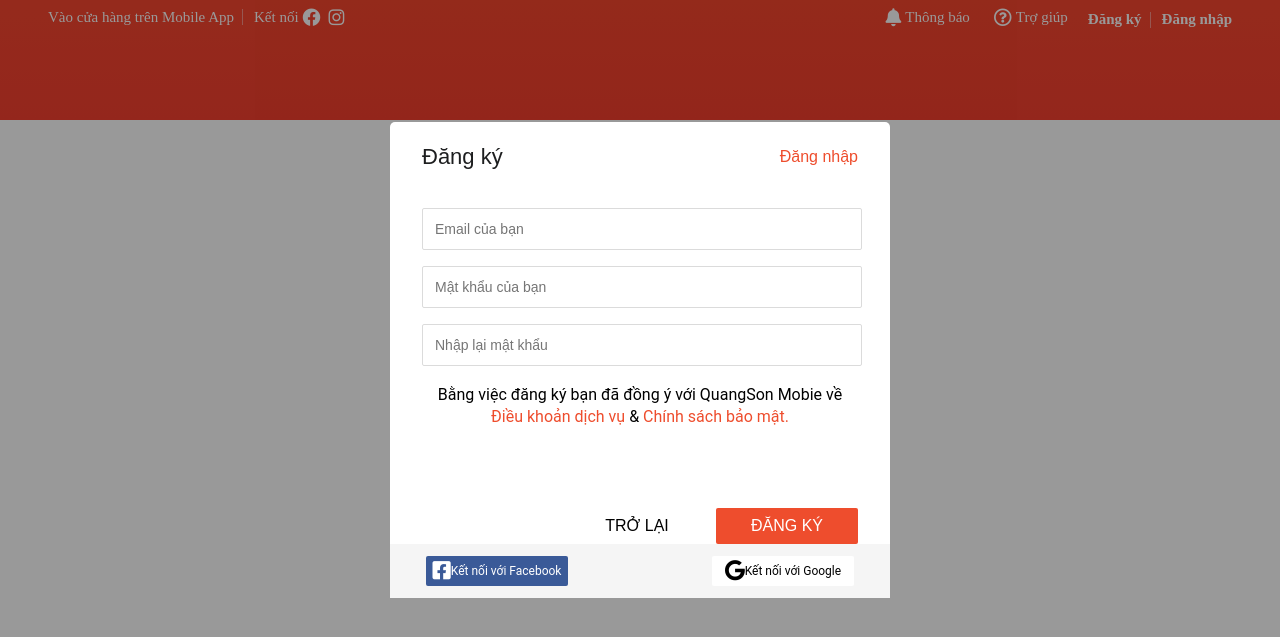
Repository: Qson412/BTL_Web
Page: index.html
An editor plug-in stored every save of this project. The page is shown before and after the next save, followed by the edit.
The browser window is 1280 px wide. The pictures show the whole page.

Above is the page before, as saved 2021-11-29 17:31:45.

After the next save:
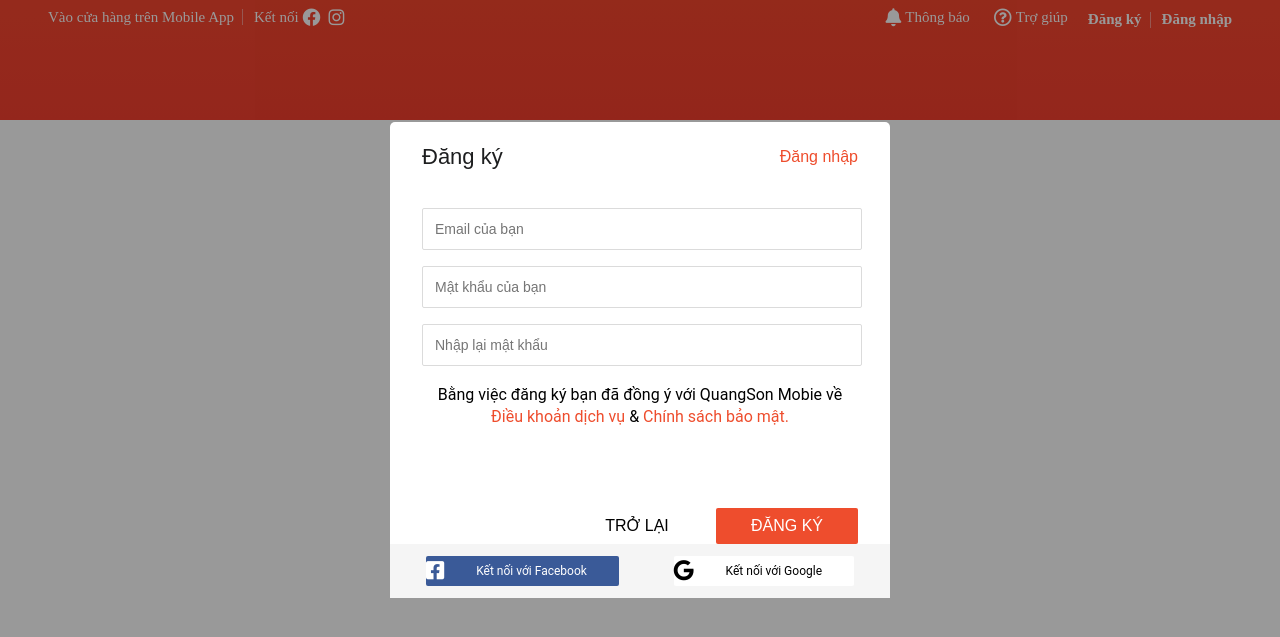
Saved 67 s later.
--- a/main.css
+++ b/main.css
@@ -328,5 +328,8 @@
 .auth-form__socials--facebook
 .auth-form__socials-icon{
     color: white;
-
-}
+}
+
+.auth-form__socials-title{
+    margin: 0 32px;
+}
